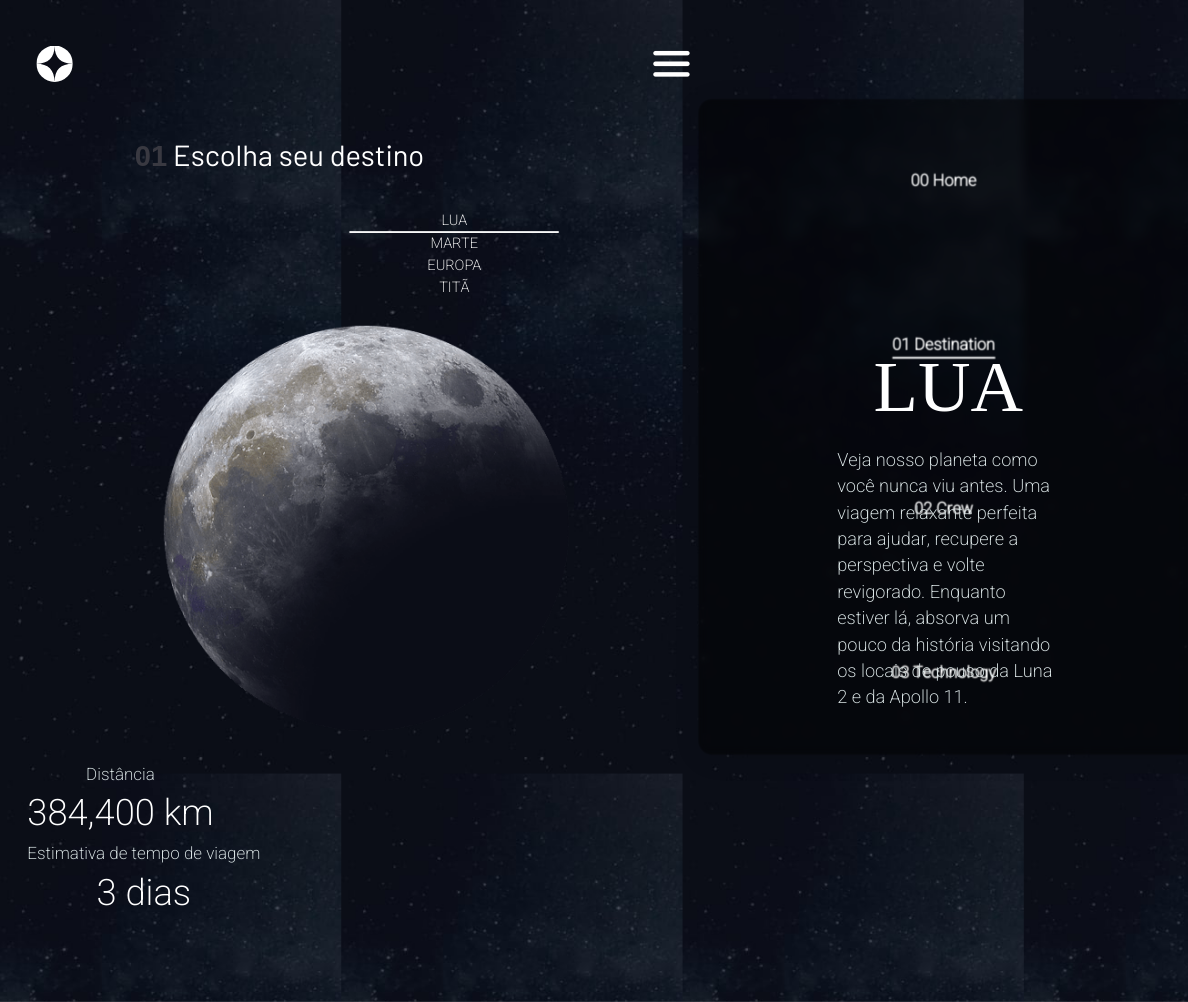
Repository: Leonngc/space-site
Page: space-tourism-website-main/space-tourism-website-main/starter-code/destination-moon.html
These files come from the project's save history. The page is drawn as it stood at one moment and after the next save; the edit follows.
The browser window is 768 px wide. The page is 1306 px wide, so the pictures cover 1306 px, including what lies to the right of the window. The pictures show the whole page, at 91% of full size.
Some web libraries are served in a nearby version.

Above is the page before, as saved 2023-04-30 01:12:06.

### space-tourism-website-main/space-tourism-website-main/starter-code/destination-moon.html
<!DOCTYPE html>
<html lang="en">
<head>
  <meta charset="UTF-8">
  <meta name="viewport" content="width=device-width, initial-scale=1.0">

  <link rel="icon" type="image/png" sizes="32x32" href="./assets/favicon-32x32.png">
  <link rel='stylesheet' href='https://cdn-uicons.flaticon.com/uicons-bold-rounded/css/uicons-bold-rounded.css'>
  <link rel="stylesheet" href="styles/menu.css">
  <link rel="stylesheet" href="styles/destination.css">
  <script src="script/menu.js" defer></script>
  <title>Frontend Mentor | Space tourism website</title>
</head>
<body>

  <header>
    <img src="assets/shared/logo.svg" alt="" class="logo">

    <div class="line"></div>
    <nav>
      <button class="menu-button"><i class="fi fi-br-menu-burger"></i></button>
      <ul class="menu">
      <li class="item-menu"><a href="#">00 Home</a></li>
      <li class="item-menu page-active"><a href="#">01 Destination</a></li>
      <li class="item-menu"><a href="#">02 Crew</a></li>
      <li class="item-menu"><a href="#">03 Technology</a></li>
      </ul>
    </nav>

  </header>

<main>

    <h1><strong>01</strong> Escolha seu destino</h1>

    <ul class="nav-travel">
      <li class="travel-destiny page-active"><a href="">Lua</a></li>
      <li class="travel-destiny"><a href="">Marte</a></li>
      <li class="travel-destiny"><a href="">Europa</a></li>
      <li class="travel-destiny"><a href="">Titã</a></li>
    </ul>

    <div class="destination-container">
      <img src="assets/destination/image-moon.png" alt="">

      <div class="destination-info">
        <h2>Lua</h2>
        <p>
          Veja nosso planeta como você nunca viu antes. Uma viagem relaxante perfeita para ajudar,
          recupere a perspectiva e volte revigorado. Enquanto estiver lá, absorva um pouco da história
          visitando os locais de pouso da Luna 2 e da Apollo 11.
        </p>
      </div>
    </div>
   <div class="travel-container">
     <div class="info-travel">
       <h3>Distância</h3>
        <span>384,400 km</span>
     </div>

      <div class="info-travel">
        <h3>Estimativa de tempo de viagem</h3>
        <span>3 dias</span>
      </div>
   </div>

</main>
</body>
</html>

### space-tourism-website-main/space-tourism-website-main/starter-code/styles/menu.css
@import url('https://fonts.googleapis.com/css2?family=Heebo:wght@200&display=swap');

*{
    padding: 0;
    margin: 0;
}

body{
    overflow-x: hidden;
}

header{
    display: flex;
    justify-content: space-between;
}

.menu{
    margin-top: 20px;
    display: flex;
    width: 40vw ;
    height: 12vh;
    position: relative;
    list-style: none;
    background: rgba(255, 255, 255, 0.21);
    background: rgba(255, 255, 255, 0.08);
    box-shadow: 0 4px 30px rgba(0, 0, 0, 0.1);
    backdrop-filter: blur(5px);
    -webkit-backdrop-filter: blur(5px);
}

.item-menu{
    margin: auto;
}

.item-menu a{
    text-decoration: none;
    font-family: 'Heebo', sans-serif;
    color: white;
}


.line{
    background-color:  rgba(255, 255, 255, 0.21);

    height: 2px;
    width: 1110px;
    margin-top: 68px;
    margin-left: 30px;
}

.logo{
    margin-top: 30px;
    margin-left: 20px;
    width: 40px;
    height: 40px;
    padding: 20px;
}

.page-active{
    border-bottom: 2px solid white;
}

ul li > a:hover{
    font-size: 18px;
    transition: 2s;
}

.menu-button{
    display: none;
}



@media screen and (max-width: 990px){
    .line{
        display: none;
    }


    .menu{
        position: absolute;
        right: 0;
        width: 70vw;
        height: 90vh;
        display: flex;
        margin: 0;
        border-top-left-radius: 15px;
        border-bottom-left-radius: 15px;
        transform: translateX(100%);
        transition: transform 0.6s ease-in;
        background: rgba(255, 255, 255, 0.346);
        background: rgba(0, 0, 0, 0.47);
        box-shadow: 0 4px 30px rgba(0, 0, 0, 0.1);
        backdrop-filter: blur(5px);
        -webkit-backdrop-filter: blur(5px);
    }

    ul{
        flex-direction: column;
    }


    .menu li{
       color: white;
       font-size: 18px;
       font-weight: bold;
    }

    .menu-button{
        display: block;
        font-size: 40px;
        color: white;
        background: none;
        border: none;
        padding: 10px;
        margin-top: 40px;
    }

    ul.active{
        transform: translateX(0);
    }
}

### space-tourism-website-main/space-tourism-website-main/starter-code/styles/destination.css
@import url('https://fonts.googleapis.com/css2?family=Barlow&display=swap');
@import url('https://fonts.googleapis.com/css2?family=Heebo:wght@200&display=swap');
/*  font-family: 'Barlow', sans-serif;
    font-family: 'Heebo', sans-serif;
*/

:root{
    --title-font: 'Barlow';
    --paragraph-font: 'Heebo';
}

*{
    padding: 0;
    margin: 0;
}

body{
    max-width: 100vw;
    background-image: url(../assets/destination/background-destination-desktop.jpg);
}

main{
    color: white;
}

h1{
    font-family: var(--title-font);
    padding: 40px;
    font-weight: 100;
}

strong{
    color: #393941;
    font-family: Arial, Helvetica, sans-serif;
}

.nav-travel{
    width: 40vw;
    list-style: none;
    display: flex;
    float: right;
}

.nav-travel a{
    text-decoration: none;
    text-transform: uppercase;
    color: #f0f0f0;
    font-family: var(--paragraph-font);
    padding: 30px;
}

.destination-container{
    margin-left: 30px;
}

.destination-container > img{
    margin-left: 120px;
    padding: 30px;
}


.destination-info{
    width: 37vw;
    position: absolute;
    top: 380px;
    left: 900px;
}

.destination-info h2{
    font-size: 80px;
    font-weight: 200;
    font-family: serif;
    text-transform: uppercase;
}

.destination-info p{
    font-family: var(--paragraph-font);
    font-size: 20px;
    padding: 20px;
    font-weight: lighter;
    text-align: start;
    color: #dbe5e6;
}

.travel-container{
    float: right;
    display: flex;
    padding: 0px;
    flex-wrap: wrap;
    margin-bottom: 90px;
    margin-right: 100px;
}

.info-travel{
    font-family: var(--paragraph-font);
    padding: 0px 30px 0px 30px;
}


.info-travel h3{
    font-weight: lighter;
    color: #dbe5e6;
}

.info-travel > span{
    font-size: 40px;
    font-weight: lighter;
}

@media screen and (max-width: 990px){
    body{
        background-image: url(../assets/destination/background-destination-mobile.jpg);
    }

    main{
        text-align: center;
        width: 80vw;
    }

    .nav-travel{
        width: 30vw;
    }
}

### space-tourism-website-main/space-tourism-website-main/starter-code/script/menu.js
class MobileNavbar{
    constructor(mobileMenu, navList, navLink){
        this.mobileMenu = document.querySelector(mobileMenu);
        this.navList = document.querySelector(navList);
        this.navLink = document.querySelector(navLink);
        this.activeClass = "active";
        this.handleClick = this.handleClick.bind(this)
    }

    handleClick(){
        this.navList.classList.toggle(this.activeClass);
        this.mobileMenu.classList.toggle(this.activeClass)
    }

    addClickEvent(){
        this.mobileMenu.addEventListener("click", this.handleClick);
    }

    init(){
        if(this.mobileMenu){
            this.addClickEvent();
        }
        return this;
    }
}

const mobileNavbar = new MobileNavbar(
    "nav",
    "ul",
    "ul li",
);

mobileNavbar.init()

After the next save:
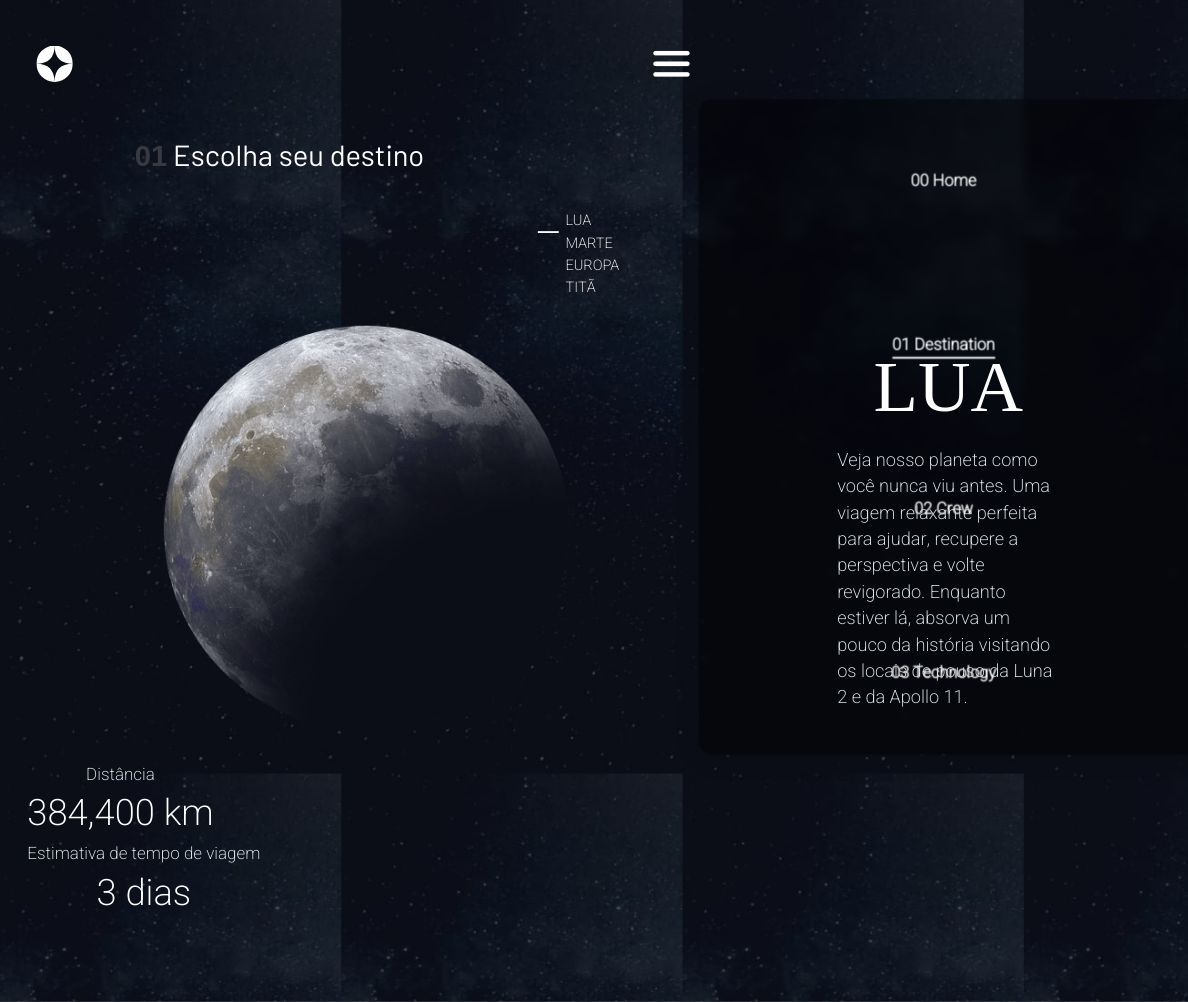
Saved 5 s later.
--- a/space-tourism-website-main/space-tourism-website-main/starter-code/styles/destination.css
+++ b/space-tourism-website-main/space-tourism-website-main/starter-code/styles/destination.css
@@ -118,6 +118,6 @@ strong{
     }
 
     .nav-travel{
-        width: 30vw;
+        width: 3vw;
     }
 }
